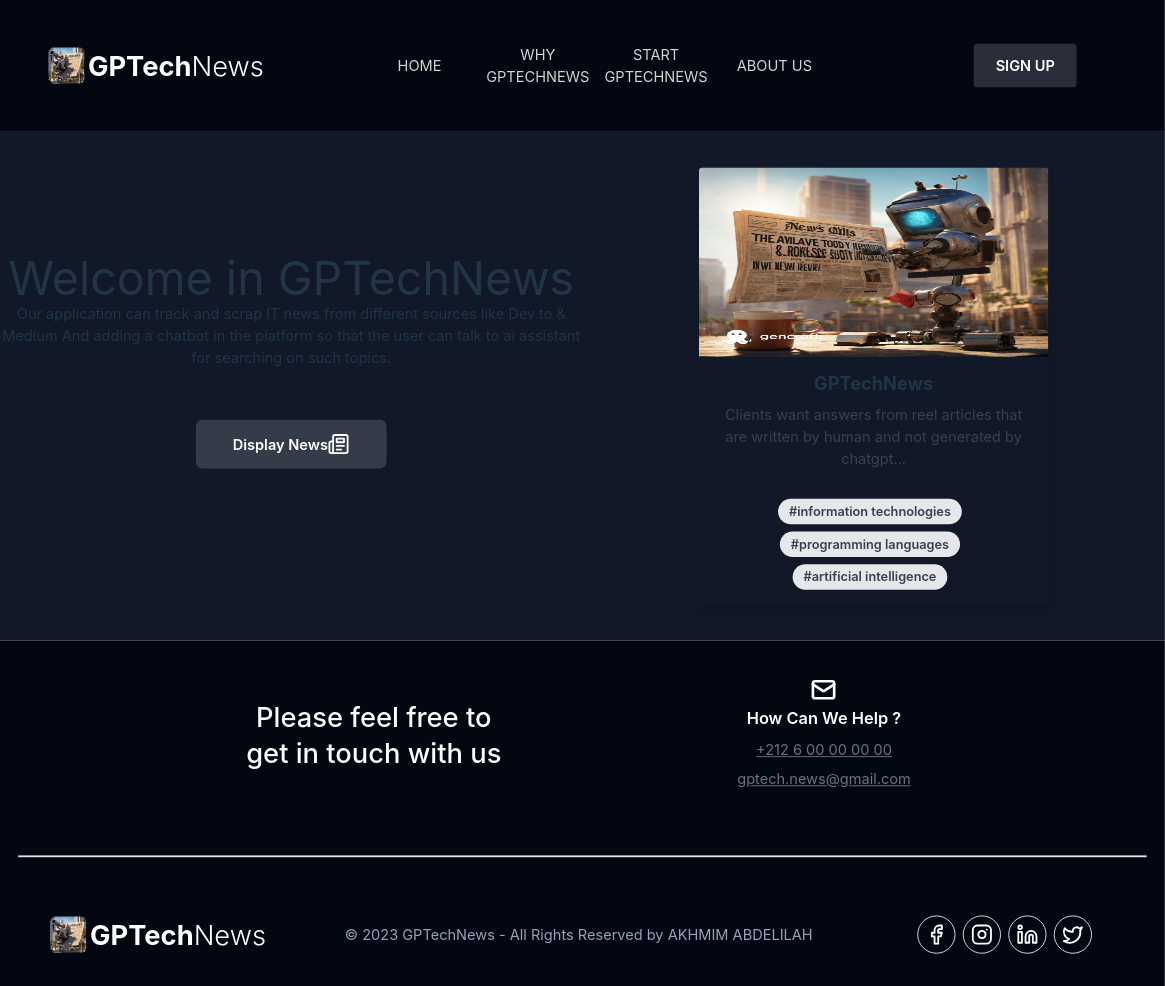
Repository: Lablab-me-Hackathon/gptech-news-frontend
Page: /
These files come from the project's save history. The page is drawn as it stood at one moment and after the next save; the edit follows.
The browser window is 1280 px wide. The pictures show the whole page, at 91% of full size.
The project was rebuilt for these pictures with package versions that can differ from the ones it lists, and the page was loaded fresh each time. Also part of the build but not shown: vite.config.js.

Above is the page before, as saved 2023-08-05 17:43:10.

After the next save:
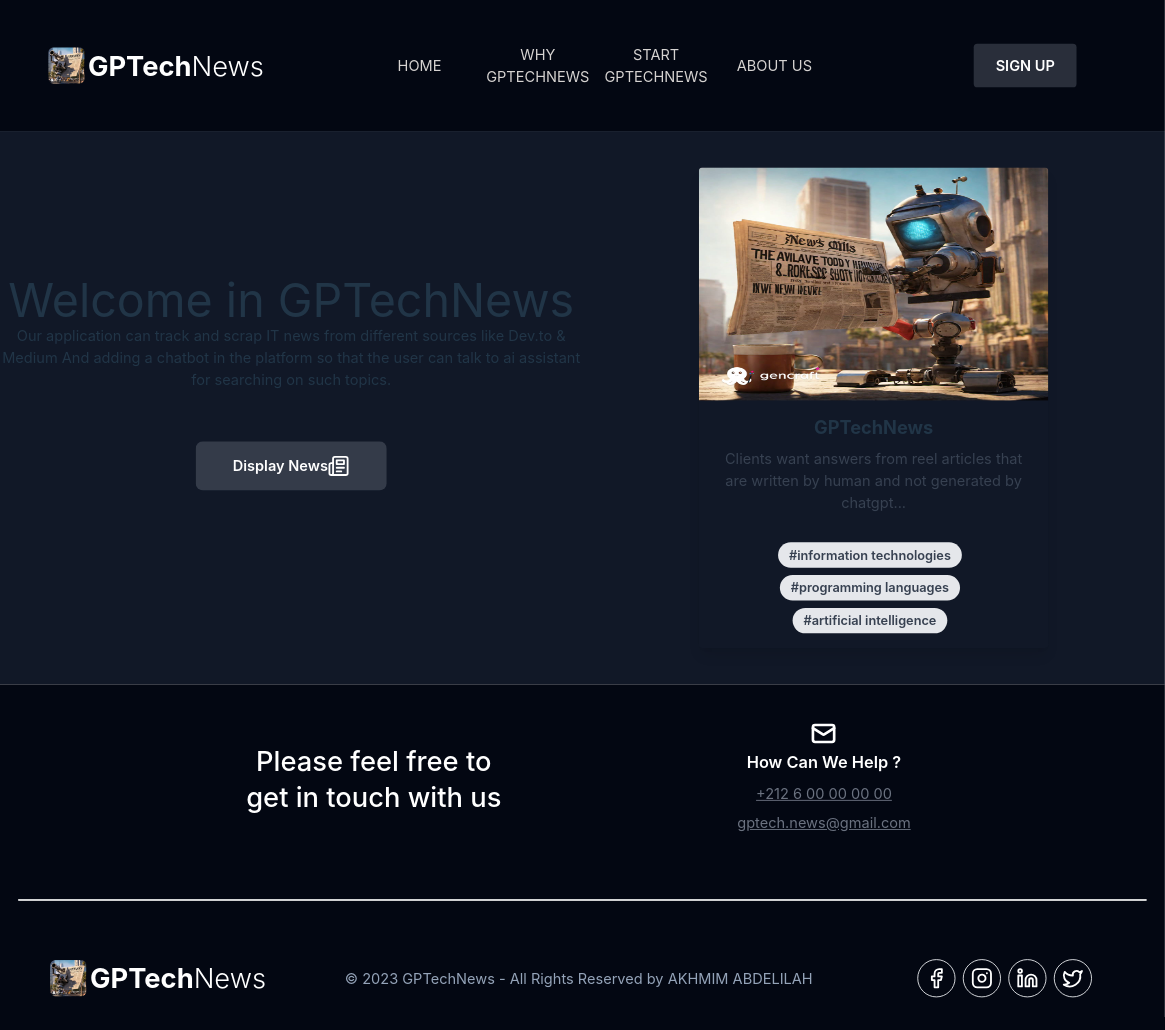
Saved 4 s later.
--- a/src/services/main/Cards.jsx
+++ b/src/services/main/Cards.jsx
@@ -3,7 +3,7 @@
     <div>
       <div className="w-96 rounded overflow-hidden shadow-lg">
         <img
-          className="w-full h-52"
+          className="w-full h-64"
           src="ainews.jpg"
           alt="ai news article"
         />
